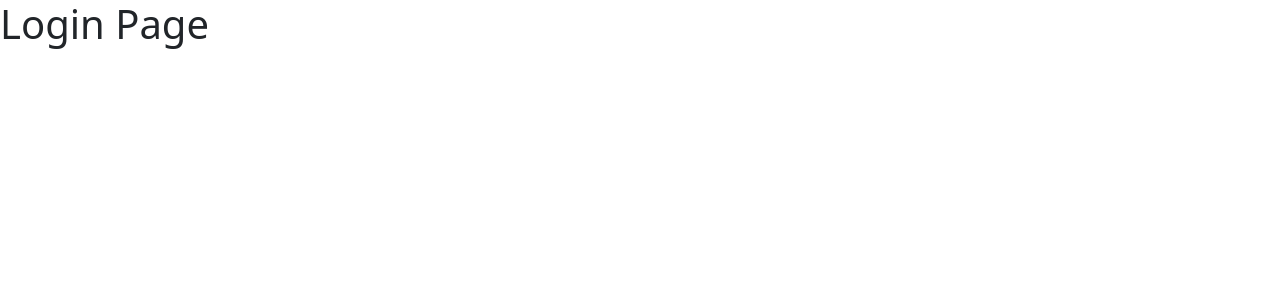
Repository: mayurofficial/E-com-Project
Page: http://localhost/
The author's editor kept a copy of each file at every save. The page is drawn from the files as they stood at one save, then again after the next save.
The browser window is 1280 px wide. The pictures show the whole page.
The page is served by the project's Laravel application, run on PHP 8.4 with Laravel 8. Other server files are loaded and not shown.

Above is the page before, as saved 2021-04-12 17:49:36.

### routes/web.php
<?php

use Illuminate\Support\Facades\Route;

/*
|--------------------------------------------------------------------------
| Web Routes
|--------------------------------------------------------------------------
|
| Here is where you can register web routes for your application. These
| routes are loaded by the RouteServiceProvider within a group which
| contains the "web" middleware group. Now create something great!
|
*/

Route::view('/','login');

### resources/views/login.blade.php
@extends('master')
@section('content')
<h1>Login Page </h1>

@endsection

### resources/views/master.blade.php
<!DOCTYPE html>
<html lang="en">
<head>
    <meta charset="UTF-8">
    <meta name="viewport" content="width=device-width, initial-scale=1.0">
    <meta http-equiv="X-UA-Compatible" content="ie=edge">
    <title>E-com Project</title>
    <script src="https://ajax.googleapis.com/ajax/libs/jquery/3.4.1/jquery.min.js"></script>
    <link href="https://cdn.jsdelivr.net/npm/bootstrap@5.0.0-beta2/dist/css/bootstrap.min.css" rel="stylesheet" integrity="sha384-BmbxuPwQa2lc/FVzBcNJ7UAyJxM6wuqIj61tLrc4wSX0szH/Ev+nYRRuWlolflfl" crossorigin="anonymous">
<script src="https://cdn.jsdelivr.net/npm/bootstrap@5.0.0-beta2/dist/js/bootstrap.bundle.min.js" integrity="sha384-b5kHyXgcpbZJO/tY9Ul7kGkf1S0CWuKcCD38l8YkeH8z8QjE0GmW1gYU5S9FOnJ0" crossorigin="anonymous"></script>
</head>
<body>
    @yield('content')

</body>
</html>

After the next save:
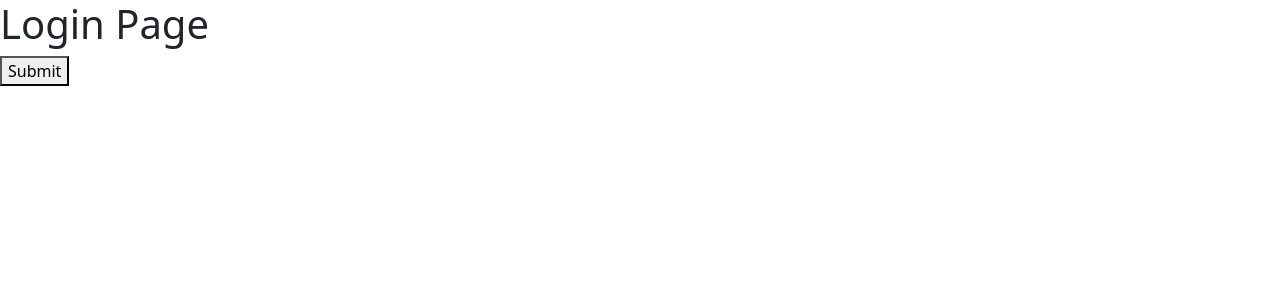
Saved 53 s later.
--- a/resources/views/login.blade.php
+++ b/resources/views/login.blade.php
@@ -1,5 +1,5 @@
 @extends('master')
 @section('content')
 <h1>Login Page </h1>
-
+<button>Submit </button>
 @endsection
